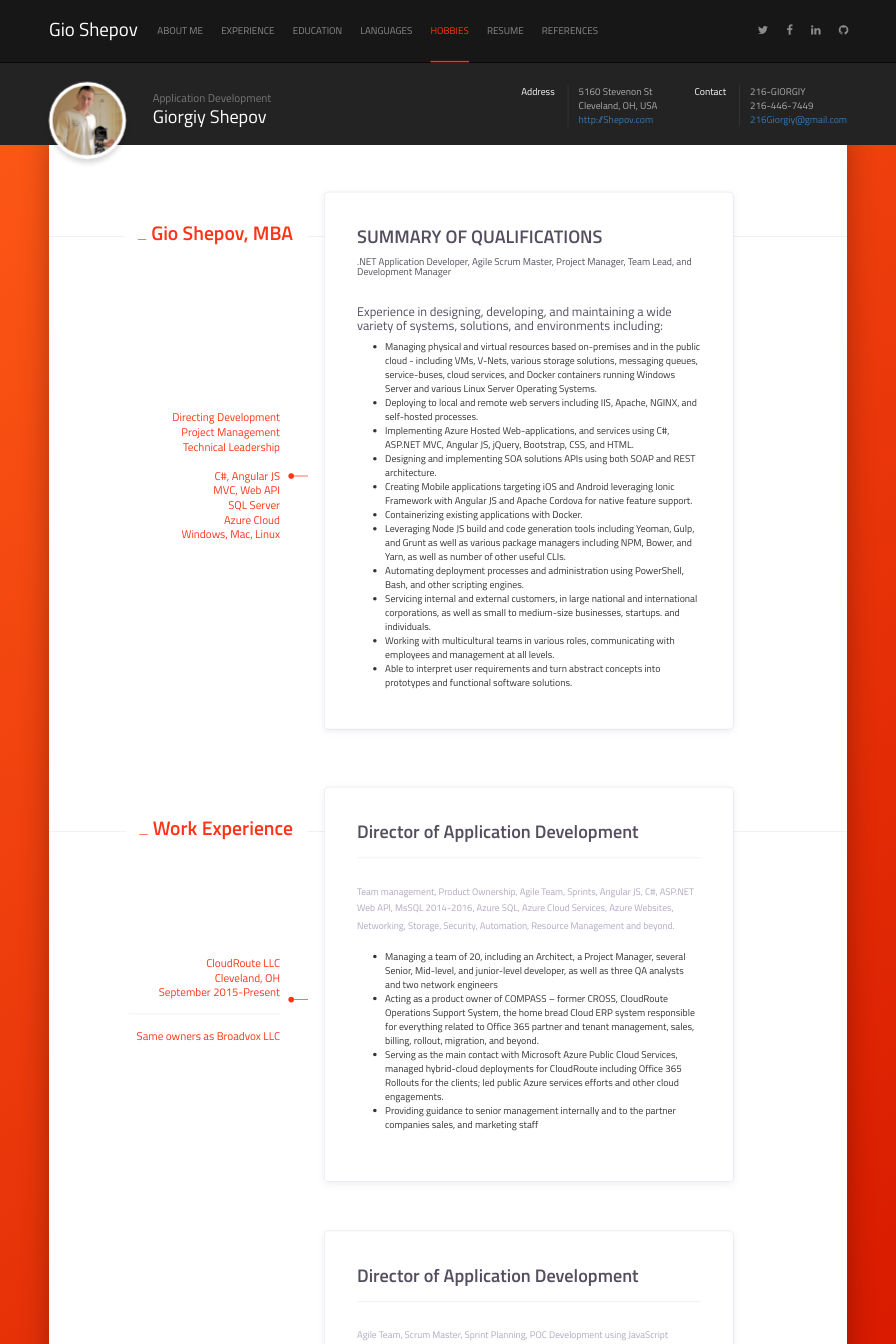
Repository: george-shepov/Shepov.com
Page: index.html
An editor plug-in stored every save of this project. The page is shown before and after the next save, followed by the edit.
The browser window is 1280 px wide. The pictures show the part of the page from y = 0 to 1920 px (the page is 4806 px tall), at 70% of full size.
Some web libraries are served in a nearby version.

Above is the page before, as saved 2018-06-27 00:22:54.

After the next save:
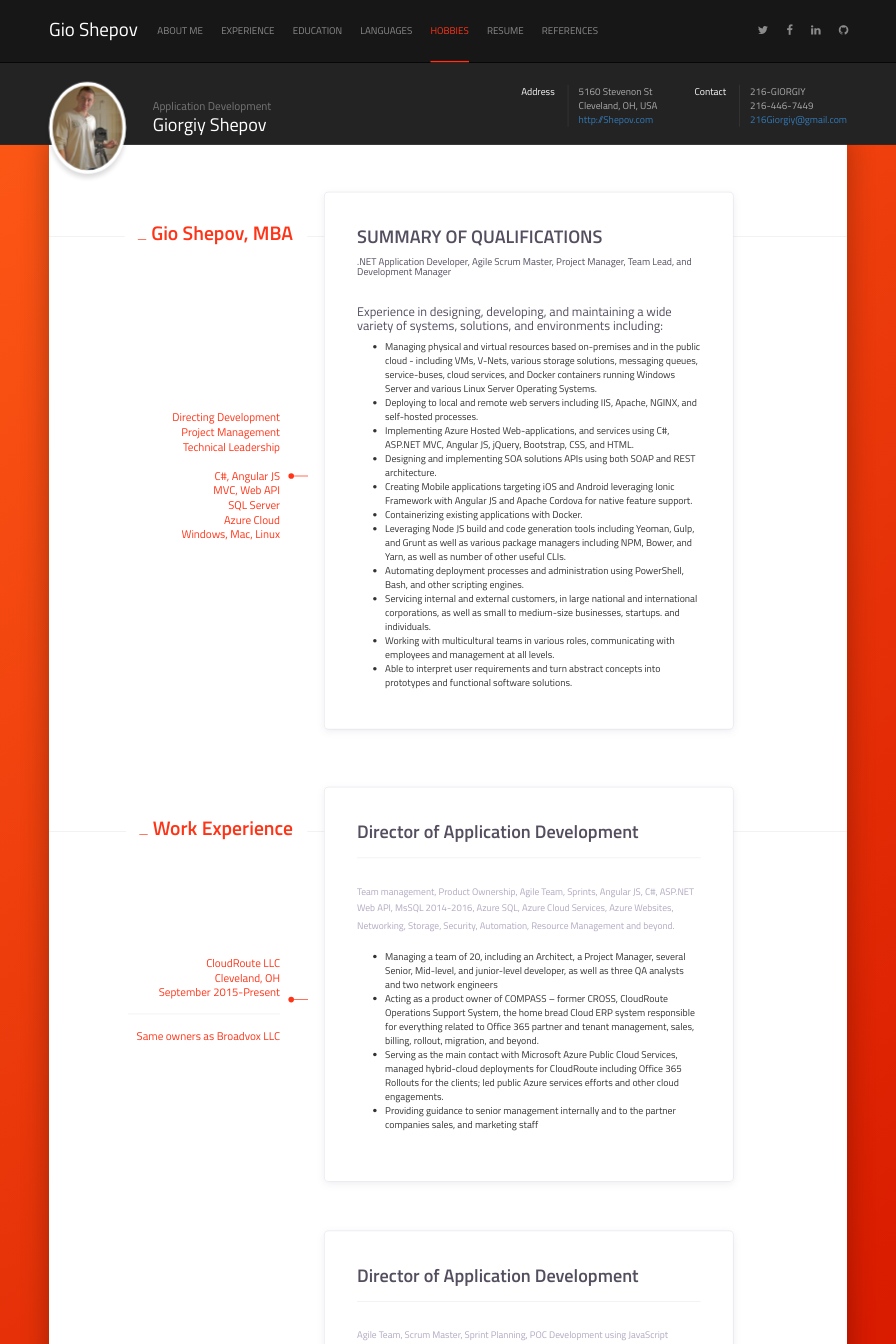
Saved 5 min 23 s later.
--- a/index.html
+++ b/index.html
@@ -73,7 +73,7 @@
                 <div class="col-md-5">
                     <div class="avatar">
                         <!--<img src="img/global-info/Gio-face.jpeg" alt="" class="img-responsive">-->
-                        <img src="img/global-info/Gio-square.jpeg" alt="" class="img-responsive">
+                        <img src="img/global-info/Giomage.jpeg" alt="" class="img-responsive">
                     </div>
                     <div class="name-jobtitle">
                         <h2 class="title"><small>Application Development</small>Giorgiy Shepov</h2>
